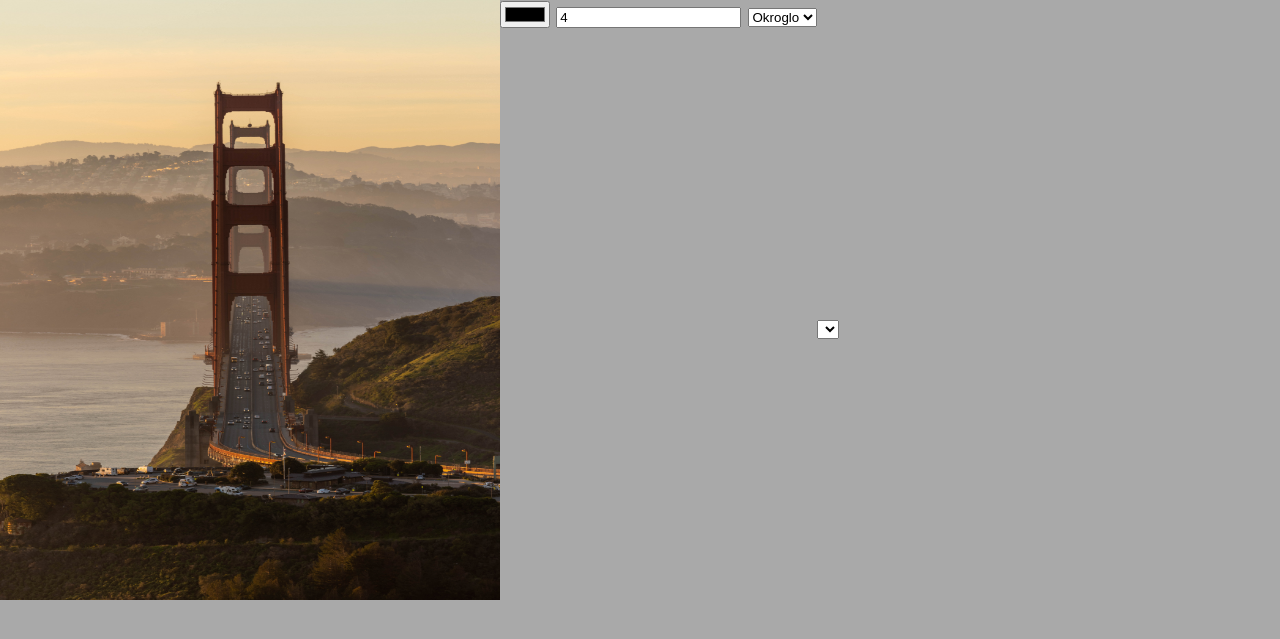
Repository: fussionko/web_photoshop
Page: index.html
These files come from the project's save history. The page is drawn as it stood at one moment and after the next save; the edit follows.
The browser window is 1280 px wide. The pictures show the whole page.
Some web libraries are served in a nearby version.

Above is the page before, as saved 2022-05-11 15:02:33.

After the next save:
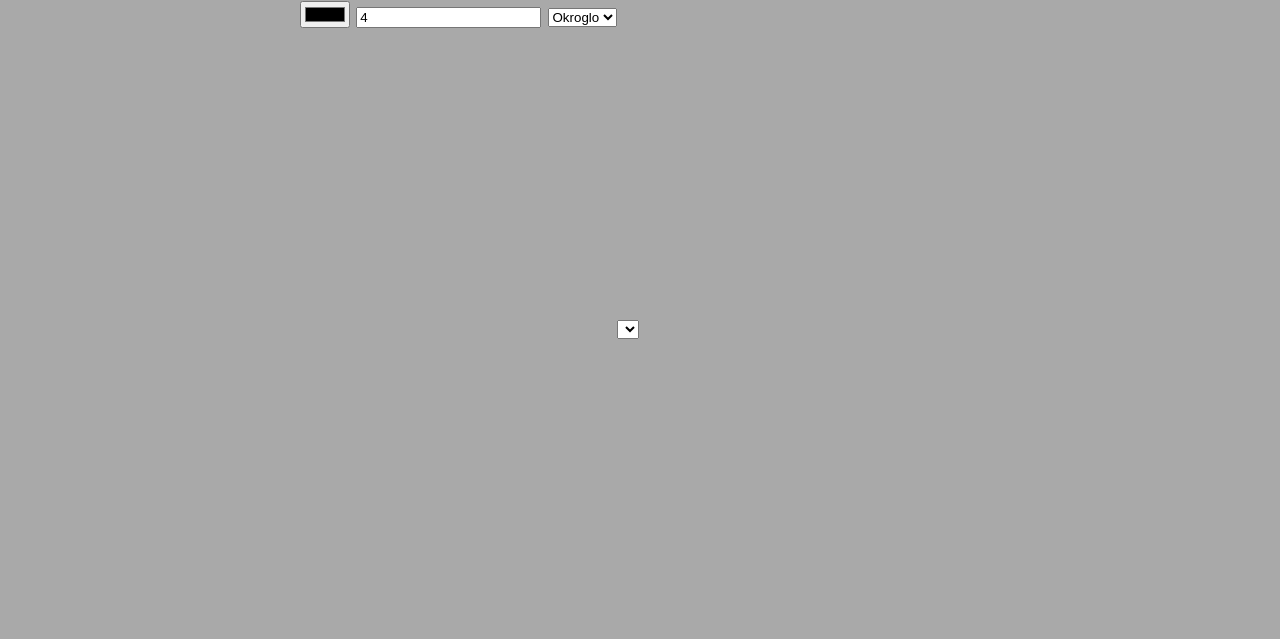
Console error: TypeError: Cannot read properties of null (reading 'getContext')
Saved 20 s later.
--- a/index.html
+++ b/index.html
@@ -9,7 +9,7 @@
     </head>
     <body>
         <div id="container-main">
-            <canvas id="main_canvas"></canvas>
+            <canvas id="main-canvas"></canvas>
             <div id="container-buttons"></div>
             <div id="container-controls"></div>
         </div>

After the save that followed:
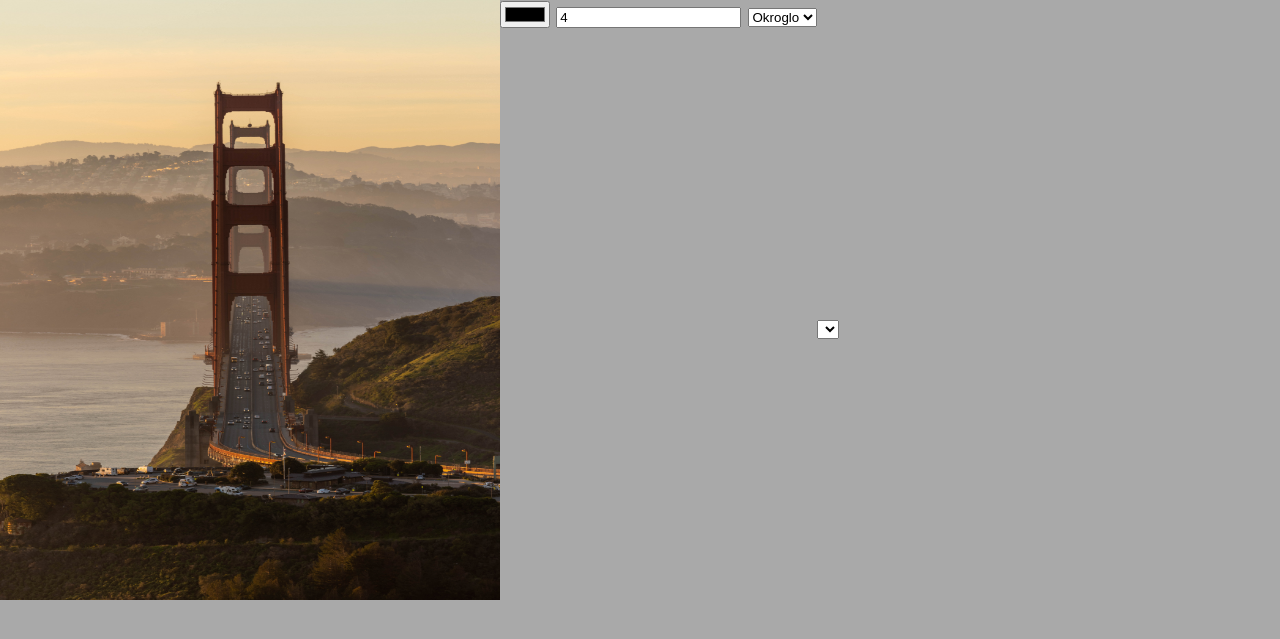
The error is gone.
Saved 12 s later.
--- a/main.js
+++ b/main.js
@@ -4,7 +4,7 @@ const canvas_height = 600;
 let main_canvas;
 let main_ctx;
 
-main_canvas = document.getElementById("main_canvas");
+main_canvas = document.getElementById("main-canvas");
 main_ctx = main_canvas.getContext('2d');
 
 main_canvas.width = canvas_width;
